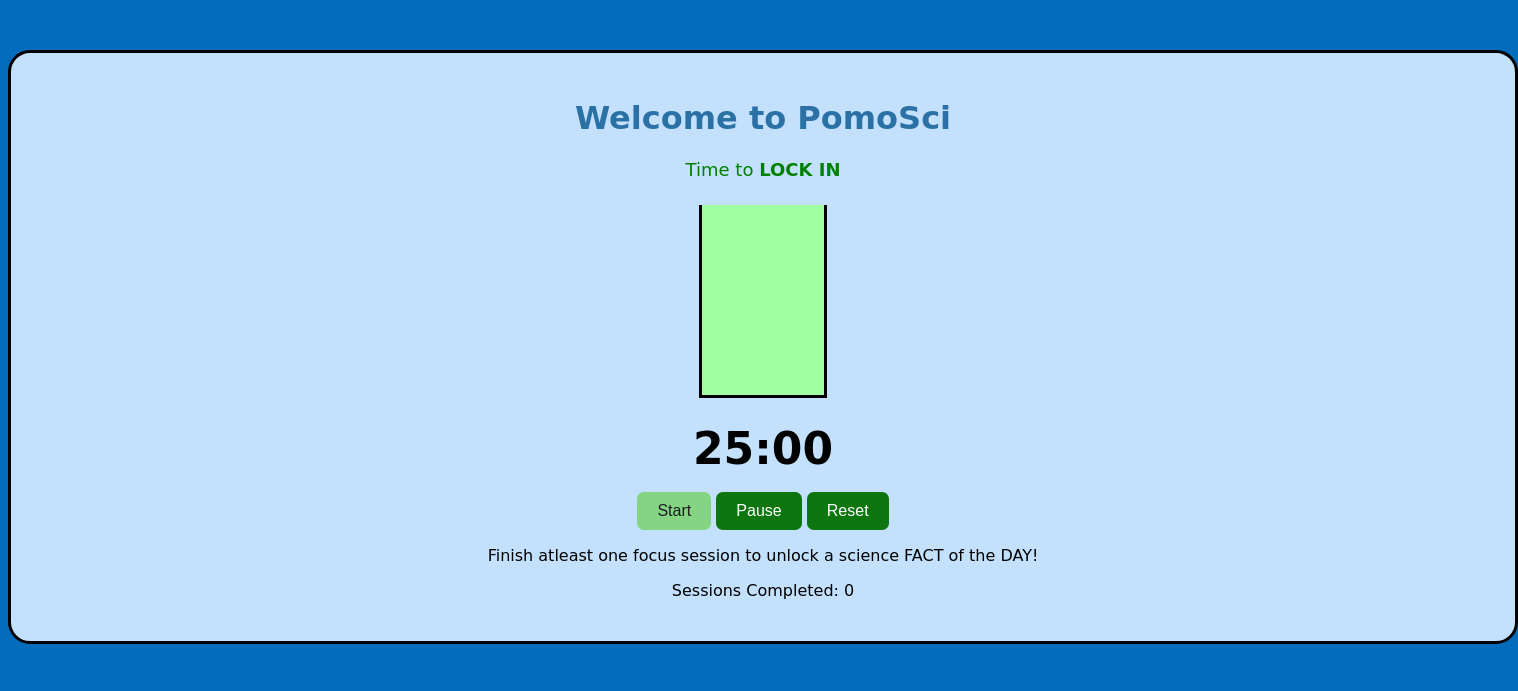
Repository: manayparikh1/Pomosci
Page: index.html
An editor plug-in stored every save of this project. The page is shown before and after the next save, followed by the edit.
The browser window is 1280 px wide. The page is 1518 px wide, so the pictures cover 1518 px, including what lies to the right of the window. The pictures show the whole page.
The pointer rests on the first visible `button`.

Above is the page before, as saved 2026-11-13 13:38:58.

### index.html
<!DOCTYPE html>
<html lang="en">

<head>
    <meta charset="UTF-8">
    <meta name="viewport" content="width=device-width, initial-scale=1.0">
    <title><strong>PomoSci</strong></title>

    <head>

    <body>
        <!-- ======== HTML ======== -->
        <div class="lab_sci">
            <h1>Welcome to PomoSci</h1>
            <p id="mode">Time to <strong>LOCK IN</strong></p>

            <div class="beaker is paused" id="beaker">
                <div id="liquid">
                    <span class="bubble"></span>
                    <span class="bubble"></span>
                    <span class="bubble"></span>
                    <span class="bubble"></span>
                </div>
            </div>
            <div id="time">25:00</div>
            <button onclick="start()">Start</button>
            <button onclick="pause()">Pause</button>
            <button onclick="reset()">Reset</button>

            <p id="fact">Finish atleast one focus session to unlock a science FACT of the DAY!</p>
            <p id="count">Sessions Completed: 0</p>

            <!-- ====Css--===-->

            <style>
                body {
                    font-family: Comic Sans MS, Comic Sans, cursive;
                    background-color: rgb(4, 108, 188);
                    text-align: center;
                }

                .lab_sci {
                    background-color: rgb(195, 225, 253);
                    width: 1454px;
                    margin: 50px auto;
                    padding: 25px;
                    border: 3px solid black;
                    border-radius: 22px;
                }

                h1 {
                    color: rgb(44, 113, 166);
                }

                #mode {
                    color: green;
                    font-size: 18px;
                }

                .beaker {
                    width: 122px;
                    height: 190px;
                    margin: 25px auto;
                    border: 3px solid black;
                    border-top: none;
                    position: relative;
                }

                #liquid {
                    background-color: rgb(160, 255, 160);
                    height: 100%;
                    position: absolute;
                    bottom: 0;
                    width: 100%;
                }

                #time {
                    font-size: 44px;
                    font-weight: bold;
                    margin: 18px;
                    font-family: 'Comic Sans MS', cursive, sans-serif;
                }

                button {
                    background-color: rgb(14, 118, 14);
                    color: white;
                    padding: 10px 20px 10px;
                    font-size: 16px;
                    border: none;
                    border-radius: 6.7px;
                }

                button:hover {
                    background-color: rgb(132, 212, 132);
                    color: rgb(30, 30, 30);
                    cursor: pointer;
                }

After the next save:
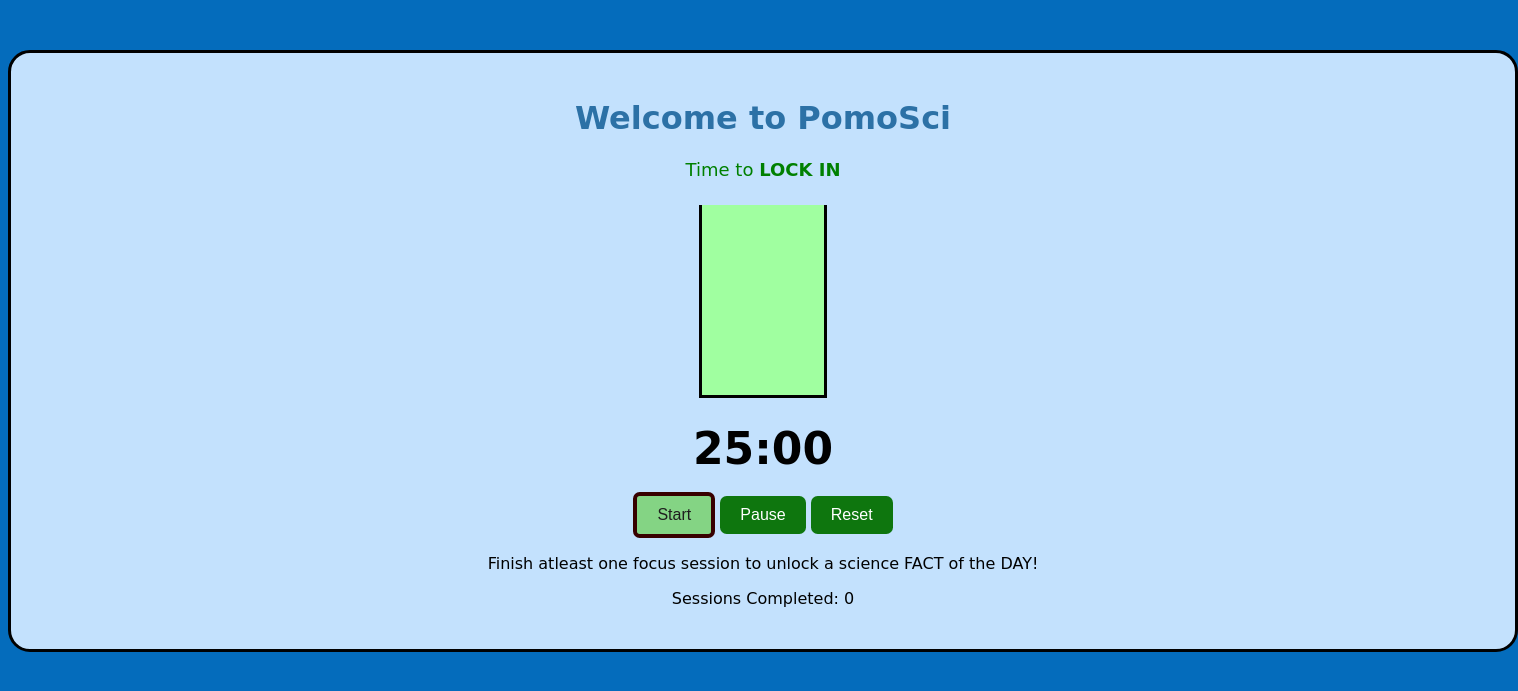
Saved 65 s later.
--- a/index.html
+++ b/index.html
@@ -94,4 +94,5 @@
                     background-color: rgb(132, 212, 132);
                     color: rgb(30, 30, 30);
                     cursor: pointer;
+                    border: 4.5px solid rgb(55, 0, 0);
                 }
